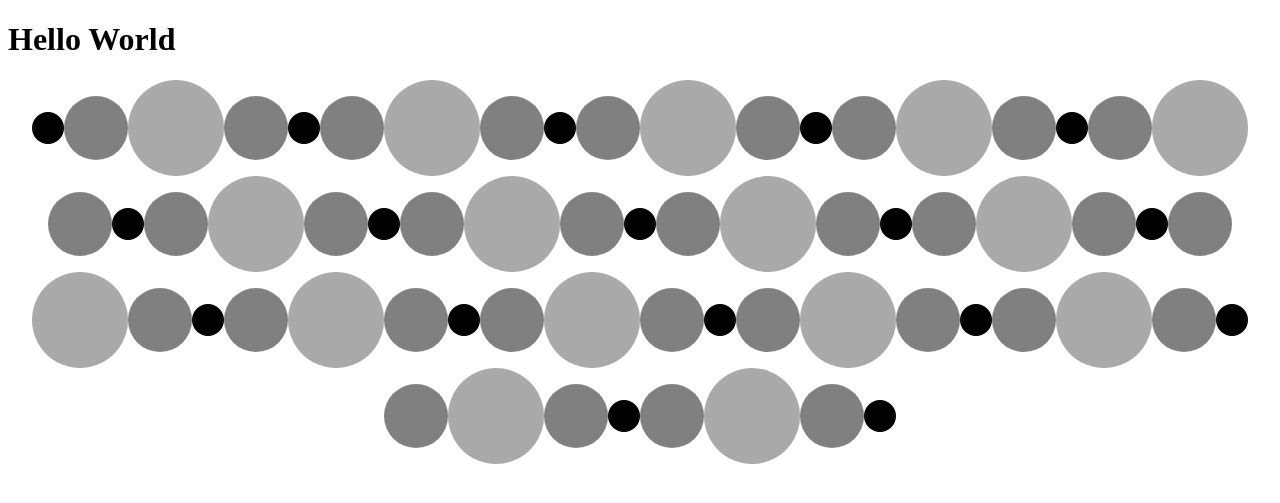
Repository: sarahlochhead/css-demo
Page: index.html
The author's editor kept a copy of each file at every save. The page is drawn from the files as they stood at one save, then again after a run of saves.
The browser window is 1280 px wide. The pictures show the whole page.

Above is the page before, as saved 2023-04-28 12:32:43.

### index.html
<!DOCTYPE html>
<html lang="en">
<head>
    <meta charset="UTF-8">
    <meta http-equiv="X-UA-Compatible" content="IE=edge">
    <meta name="viewport" content="width=device-width, initial-scale=1.0">
    <title>Light It Up Demo</title>
    <link rel="stylesheet" href="styles.css">
</head>
<body>
    <header>
        <h1>Hello World</h1>
    </header>
    <div class="row">
        <div class="small"></div>
        <div class="medium"></div>
        <div class="large"></div>
        <div class="medium"></div>
        <div class="small"></div>
        <div class="medium"></div>
        <div class="large"></div>
        <div class="medium"></div>
        <div class="small"></div>
        <div class="medium"></div>
        <div class="large"></div>
        <div class="medium"></div>
        <div class="small"></div>
        <div class="medium"></div>
        <div class="large"></div>
        <div class="medium"></div>
        <div class="small"></div>
        <div class="medium"></div>
        <div class="large"></div>
        <div class="medium"></div>
        <div class="small"></div>
        <div class="medium"></div>
        <div class="large"></div>
        <div class="medium"></div>
        <div class="small"></div>
        <div class="medium"></div>
        <div class="large"></div>
        <div class="medium"></div>
        <div class="small"></div>
        <div class="medium"></div>
        <div class="large"></div>
        <div class="medium"></div>
        <div class="small"></div>
        <div class="medium"></div>
        <div class="large"></div>
        <div class="medium"></div>
        <div class="small"></div>
        <div class="medium"></div>
        <div class="large"></div>
        <div class="medium"></div>
        <div class="small"></div>
        <div class="medium"></div>
        <div class="large"></div>
        <div class="medium"></div>
        <div class="small"></div>
        <div class="medium"></div>
        <div class="large"></div>
        <div class="medium"></div>
        <div class="small"></div>
        <div class="medium"></div>
        <div class="large"></div>
        <div class="medium"></div>
        <div class="small"></div>
        <div class="medium"></div>
        <div class="large"></div>
        <div class="medium"></div>
        <div class="small"></div>
        <div class="medium"></div>
        <div class="large"></div>
        <div class="medium"></div>
        <div class="small"></div>
        <div class="medium"></div>
        <div class="large"></div>
        <div class="medium"></div>
        <div class="small"></div>











</body>
</html>

### styles.css
@charset "utf-8";

/* h1 {
    position: absolute;
    top: 50%;
    font-size: 5rem;
    margin: 0 auto;
} */
.row {
    display: flex;
    justify-content: center;
    align-items: center;
    flex-wrap: wrap;
}

.small {
    height: 2rem;
    width: 2rem;
    border-radius: 100%;
    background-color: black;
}

.medium {
    height: 4rem;
    width: 4rem;
    border-radius: 100%;
    background-color: grey;
}

.large {
    height: 6rem;
    width: 6rem;
    border-radius: 100%;
    background-color: darkgray;
}

After the next 2 saves:
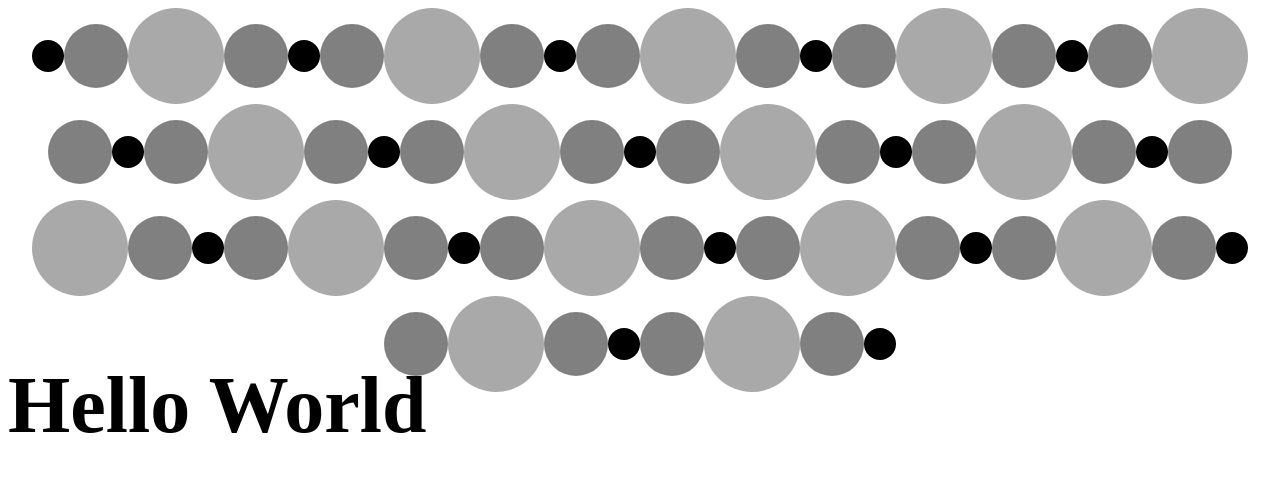
The 2 saves are shown as one change because they came seconds apart.
The last was saved 3 min 51 s later.
--- a/styles.css
+++ b/styles.css
@@ -1,11 +1,12 @@
 @charset "utf-8";
 
-/* h1 {
+h1 {
     position: absolute;
     top: 50%;
     font-size: 5rem;
     margin: 0 auto;
-} */
+}
+
 .row {
     display: flex;
     justify-content: center;
